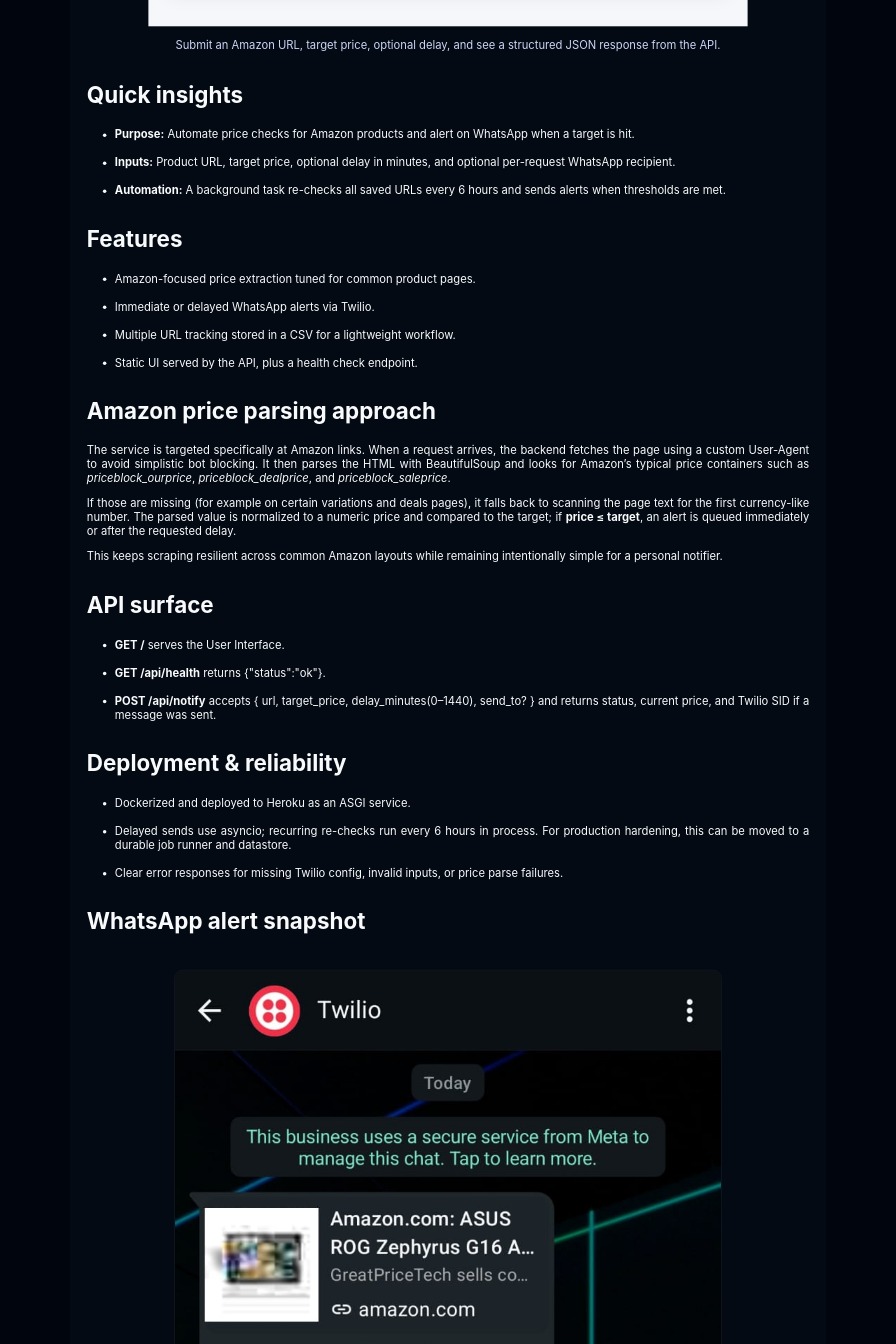
Repository: Abdulaziz-04/Abdulaziz-04.github.io
Page: deepdives/backend_systems/price_notifier/price_notifier.html
These files come from the project's save history. The page is drawn as it stood at one moment and after the next save; the edit follows.
The browser window is 1280 px wide. The pictures show the part of the page from y = 942 to 2862 px (the page is 4064 px tall), at 70% of full size.

Above is the page before, as saved 2025-11-21 15:31:57.

### deepdives/backend_systems/price_notifier/price_notifier.html
<!DOCTYPE html>
<html lang="en">
  <head>
    <meta charset="UTF-8" />
    <meta name="viewport" content="width=device-width, initial-scale=1" />
    <title>Price Notifier with WhatsApp Alerts</title>
    <link rel="stylesheet" href="../../../assets/css/styles.css" />
  </head>

  <body class="project-detail-page">
    <header class="detail-hero">
      <a class="category-back" href="../../../projects/backend_systems.html">
        ← Back to Projects
      </a>

      <p class="category-pill">Backend & Distributed Logic</p>
      <br />

      <h1>Price Notifier with WhatsApp Alerts</h1>

      <p class="detail-summary">
        <b>
          Lightweight FastAPI service that checks live Amazon prices on demand
          and every 6 hours, then sends WhatsApp alerts via Twilio when a target
          is reached. Simple browser UI, optional send delay, Docker deploy, and
          multi-URL tracking via CSV for personal use.
        </b>
      </p>

      <ul class="detail-meta">
        <li>
          <strong>Tech Stack:</strong> FastAPI, asyncio, BeautifulSoup, Twilio
          API, uvicorn, React, Docker, Heroku
        </li>
      </ul>
    </header>

    <main class="section detail-content">
      <!-- HERO IMAGE -->
      <section class="detail-section detail-hero-gif">
        <figure class="gallery-item gallery-item--wide">
          <img
            src="./images/intro.png"
            alt="Price notifier UI"
            style="display: block; margin: 0 auto; max-width: 90%; height: auto"
          />
          <figcaption style="text-align: center">
            Submit an Amazon URL, target price, optional delay, and see a
            structured JSON response from the API.
          </figcaption>
        </figure>
      </section>

      <!-- QUICK INSIGHTS -->
      <section class="detail-section">
        <h2>Quick insights</h2>
        <ul class="psr-list">
          <li>
            <strong>Purpose:</strong> Automate price checks for Amazon products
            and alert on WhatsApp when a target is hit.
          </li>
          <br />
          <li>
            <strong>Inputs:</strong> Product URL, target price, optional delay
            in minutes, and optional per-request WhatsApp recipient.
          </li>
          <br />
          <li>
            <strong>Automation:</strong> A background task re-checks all saved
            URLs every 6 hours and sends alerts when thresholds are met.
          </li>
        </ul>
      </section>

      <!-- FEATURES -->
      <section class="detail-section">
        <h2>Features</h2>
        <ul>
          <li>
            Amazon-focused price extraction tuned for common product pages.
          </li>
          <br />
          <li>Immediate or delayed WhatsApp alerts via Twilio.</li>
          <br />
          <li>
            Multiple URL tracking stored in a CSV for a lightweight workflow.
          </li>
          <br />
          <li>Static UI served by the API, plus a health check endpoint.</li>
        </ul>
      </section>

      <!-- AMAZON LOGIC -->
      <section class="detail-section">
        <h2>Amazon price parsing approach</h2>
        <p>
          The service is targeted specifically at Amazon links. When a request
          arrives, the backend fetches the page using a custom User-Agent to
          avoid simplistic bot blocking. It then parses the HTML with
          BeautifulSoup and looks for Amazon’s typical price containers such as
          <em>priceblock_ourprice</em>, <em>priceblock_dealprice</em>, and
          <em>priceblock_saleprice</em>.
        </p>
        <p>
          If those are missing (for example on certain variations and deals
          pages), it falls back to scanning the page text for the first
          currency-like number. The parsed value is normalized to a numeric
          price and compared to the target; if
          <strong>price ≤ target</strong>, an alert is queued immediately or
          after the requested delay.
        </p>
        <p>
          This keeps scraping resilient across common Amazon layouts while
          remaining intentionally simple for a personal notifier.
        </p>
      </section>

      <!-- API SURFACE -->
      <section class="detail-section">
        <h2>API surface</h2>
        <ul>
          <li><b>GET /</b> serves the User Interface.</li>
          <br />
          <li><b>GET /api/health</b> returns {"status":"ok"}.</li>
          <br />
          <li>
            <b>POST /api/notify</b> accepts { url, target_price,
            delay_minutes(0–1440), send_to? } and returns status, current price,
            and Twilio SID if a message was sent.
          </li>
        </ul>
      </section>

      <!-- DEPLOYMENT -->
      <section class="detail-section">
        <h2>Deployment & reliability</h2>
        <ul>
          <li>Dockerized and deployed to Heroku as an ASGI service.</li>
          <br />
          <li>
            Delayed sends use asyncio; recurring re-checks run every 6 hours in
            process. For production hardening, this can be moved to a durable
            job runner and datastore.
          </li>
          <br />
          <li>
            Clear error responses for missing Twilio config, invalid inputs, or
            price parse failures.
          </li>
        </ul>
      </section>

      <!-- GALLERY -->
      <section class="detail-section detail-gallery">
        <h2>WhatsApp alert snapshot</h2>
        <div class="gallery-row gallery-row--one">
          <figure class="gallery-item gallery-item--wide">
            <a href="/mnt/data/notify.jpg" target="_blank">
              <img
                src="/mnt/data/notify.jpg"
                alt="WhatsApp alert showcasing price trigger"
              />
            </a>
            <figcaption>
              Example alert sent when the Amazon price dropped below the target.
            </figcaption>
          </figure>
        </div>
      </section>
    </main>
  </body>
</html>

### assets/css/styles.css
:root {
  --bg: #030a13;
  --bg-alt: #050f1f;
  --panel: #071425;
  --panel-soft: rgba(34, 197, 94, 0.08);
  --accent: #22c55e;
  --accent-strong: #86efac;
  --text: #f8fafc;
  --muted: #cbd5f5;
  --border: rgba(255, 255, 255, 0.08);
  --radius: 18px;
  --shadow: 0 25px 70px rgba(1, 8, 4, 0.55);
}

* {
  box-sizing: border-box;
}

body {
  margin: 0;
  min-height: 100vh;
  font-family: "Inter", "Segoe UI", system-ui, -apple-system, BlinkMacSystemFont,
    sans-serif;
  color: var(--text);
  background: radial-gradient(circle at 15% 35%, rgba(34, 197, 94, 0.15), transparent 45%),
    radial-gradient(circle at 80% 0%, rgba(134, 239, 172, 0.2), transparent 35%),
    #020718;
  scroll-behavior: smooth;
  padding-top: 0;
}

.modal-open {
  overflow: hidden;
}

main {
  background: var(--bg);
}

.section {
  max-width: 1080px;
  margin: 0 auto;
  padding: 3.5rem 1.5rem;
}

.site-header {
  margin: 0;
  padding: clamp(4rem, 12vw, 6rem) clamp(1.5rem, 6vw, 4rem) 3.5rem;
  background: linear-gradient(135deg, rgba(5, 18, 12, 0.9), rgba(3, 10, 19, 0.85)),
    radial-gradient(circle at top left, rgba(34, 197, 94, 0.25), transparent 55%);
  box-shadow: inset 0 1px 0 rgba(255, 255, 255, 0.05);
  min-height: 85vh;
  display: flex;
  align-items: center;
}

.hero-header {
  margin-top: 0;
  padding-top: clamp(4.5rem, 12vw, 7rem);
}

.top-nav {
  position: fixed;
  top: 0;
  left: 0;
  width: 100%;
  padding: 0.75rem clamp(1.25rem, 6vw, 4rem);
  background: rgba(4, 9, 20, 0.95);
  border-bottom: 1px solid rgba(255, 255, 255, 0.05);
  backdrop-filter: blur(14px);
  display: flex;
  align-items: center;
  justify-content: space-between;
  gap: 1rem;
  z-index: 50;
}

.top-nav__brand {
  font-size: 0.85rem;
  letter-spacing: 0.3em;
  text-transform: uppercase;
  color: var(--muted);
}

.top-nav__links {
  display: flex;
  align-items: center;
  gap: 0.9rem;
  flex-wrap: wrap;
}

.nav-link {
  text-decoration: none;
  color: var(--muted);
  font-weight: 600;
  letter-spacing: 0.08em;
  text-transform: uppercase;
  padding: 0.4rem 0.85rem;
  border-radius: 999px;
  transition: color 0.2s ease, background 0.2s ease;
}

.nav-link:hover {
  color: var(--text);
}

.nav-link.active {
  background: var(--accent);
  color: #03140c;
}

.hire-btn {
  cursor: pointer;
  background: var(--accent);
  color: black;
  padding: 0.95rem 2.4rem;
  font-size: 1.1rem;
  font-weight: 700;
  border: none;
  border-radius: 999px;
  box-shadow: 0 12px 28px rgba(34, 197, 94, 0.35);
}

.hero-grid {
  display: grid;
  grid-template-columns: minmax(0, 1.4fr) minmax(220px, 320px);
  gap: clamp(2rem, 4vw, 3.5rem);
  width: 100%;
  align-items: start;
}

.hero-text h1 {
  font-size: clamp(2.5rem, 5vw, 3.8rem);
  margin: 0.2rem 0 0.8rem;
}

.hero-lede {
  color: var(--muted);
  font-size: 1.05rem;
  max-width: 560px;
  line-height: 1.6;
}

.eyebrow {
  text-transform: uppercase;
  color: var(--accent-strong);
}

.hero-summary {
  margin: 1.5rem 0 1.75rem;
  color: var(--muted);
}

.summary-list {
  font-size: large;
  margin: 0;
  padding-left: 1.5rem;
}

.summary-list li {
  margin-bottom: 0.55rem;
  line-height: 1.5;
}

.hero-actions {
  display: flex;
  flex-wrap: wrap;
  gap: 1rem;
  width: 100%;
}

.hero-actions .hire-btn {
  padding: 1.1rem 2.8rem;
  font-size: 1.2rem;
}

.btn {
  display: inline-flex;
  align-items: center;
  justify-content: center;
  gap: 0.4rem;
  padding: 0.75rem 1.6rem;
  border-radius: 999px;
  text-decoration: none;
  font-weight: 600;
  transition: transform 0.2s ease, box-shadow 0.2s ease;
}

.btn.primary {
  background: linear-gradient(120deg, var(--accent), var(--accent-strong));
  color: #020714;
  box-shadow: var(--shadow);
}

.btn.secondary {
  border: 1px solid var(--accent);
  color: var(--accent-strong);
}

.btn:hover {
  transform: translateY(-2px);
}

.hero-photo {
  justify-self: center;
}

.hero-photo img {
  width: clamp(220px, 18vw, 280px);
  border-radius: 28px;
  border: 1px solid rgba(134, 239, 172, 0.2);
  box-shadow: 0 20px 60px rgba(0, 0, 0, 0.6);
  filter: saturate(1.05);
}

.section h2 {
  margin-top: 0;
  font-size: 2rem;
}

.experience-grid {
  display: grid;
  grid-template-columns: repeat(auto-fit, minmax(300px, 1fr));
  gap: 1.75rem;
}

.experience-title {
  display: flex;
  justify-content: space-between;
  align-items: center;
  gap: 1rem;
  font-size: 1.2rem;
}

.experience-title .role {
  color: var(--text); /* default text color */
  font-weight: 600;
}

.experience-title .org {
  color:#6DF9C9;
  white-space: nowrap;
}

.experience-card,
.project-card {
  background: linear-gradient(145deg, var(--panel), rgba(6, 14, 18, 0.9));
  border-radius: var(--radius);
  border: 1px solid var(--border);
  padding: 1.75rem;
  box-shadow: var(--shadow);
}

.timeline {
  border-left: 2px solid var(--border);
  margin-top: 1.25rem;
}

.timeline-item {
  padding-left: 1.75rem;
  margin-bottom: 1.75rem;
  position: relative;
}

.timeline-header {
  display: flex;
  justify-content: space-between;
  align-items: baseline;
  gap: 1rem;
}

.timeline-header h3 {
  margin: 0;
}

.education-title {
  display: flex;
  justify-content: space-between;
  gap: 0.75rem;
  align-items: baseline;
  flex-wrap: wrap;
}

.edu-gpa {
  color: var(--accent-strong);
  white-space: nowrap;
  font-size: 0.95rem;
}





.hire-modal {
  position: fixed;
  inset: 0;
  background: rgba(5, 9, 18, 0.8);
  display: flex;
  justify-content: center;
  align-items: center;
  z-index: 100;
}

.hire-modal[hidden] {
  display: none;
}

.hire-modal__panel {
  background: #050b16;
  border: 1px solid rgba(255, 255, 255, 0.08);
  border-radius: 22px;
  padding: 1.75rem;
  width: min(90%, 420px);
  box-shadow: 0 30px 80px rgba(0, 0, 0, 0.55);
  position: relative;
  color: var(--text);
}

.hire-modal__panel p {
  color: var(--muted);
}

.hire-modal__close {
  position: absolute;
  top: 0.5rem;
  right: 0.75rem;
  background: var(--accent);
  color: #02120b;
  border: none;
  font-size: 1.35rem;
  font-weight: 700;
  cursor: pointer;
  width: 2.25rem;
  height: 2.25rem;
  border-radius: 999px;
  display: inline-flex;
  align-items: center;
  justify-content: center;
  line-height: 1;
}

.hire-options {
  display: flex;
  flex-direction: column;
  gap: 0.75rem;
  margin-top: 1rem;
}

.hire-option {
  display: flex;
  justify-content: space-between;
  align-items: center;
  padding: 0.85rem 1rem;
  border-radius: 1rem;
  text-decoration: none;
  color: var(--text);
  border: 1px solid rgba(255, 255, 255, 0.08);
  background: rgba(255, 255, 255, 0.02);
  transition: background 0.2s ease, transform 0.2s ease;
}

.hire-option:hover {
  background: rgba(34, 197, 94, 0.18);
  transform: translateY(-2px);
}

.hire-option small {
  color: var(--muted);
  letter-spacing: 0.04em;
}

.hire-modal__action {
  margin-top: 1.5rem;
  width: 100%;
  text-align: center;
}

.timeline-item::before {
  content: "";
  width: 11px;
  height: 11px;
  border-radius: 999px;
  background: var(--accent);
  box-shadow: 0 0 16px rgba(34, 197, 94, 0.8);
  position: absolute;
  left: -6px;
  top: 4px;
}

.timeline-date {
  font-size: 0.85rem;
  letter-spacing: 0.1em;
  text-transform: uppercase;
  color: var(--muted);
}

.course-dropdown {
  margin-top: 1.5rem;
}

.course-toggle {
  width: 100%;
  background: transparent;
  border: 1px solid rgba(255, 255, 255, 0.08);
  border-radius: var(--radius);
  padding: 0.75rem 1.1rem;
  color: var(--text);
  font: inherit;
  font-weight: 600;
  letter-spacing: 0.04em;
  display: flex;
  justify-content: space-between;
  align-items: center;
  cursor: pointer;
  transition: border-color 0.2s ease, transform 0.2s ease, box-shadow 0.2s ease;
}

.course-toggle:hover {
  border-color: rgba(134, 239, 172, 0.7);
  box-shadow: 0 0 20px rgba(34, 197, 94, 0.25);
  transform: translateY(-1px);
}

.course-toggle__icon {
  font-size: 1.1rem;
  line-height: 1;
  transition: transform 0.25s ease;
}

.course-toggle[aria-expanded='true'] .course-toggle__icon {
  transform: rotate(45deg);
}

.course-panel {
  margin-top: 1rem;
  border-left: 2px solid rgba(134, 239, 172, 0.3);
  padding-left: 1.25rem;
}

.course-panel[hidden] {
  display: none;
}

.course-panel__body h4 {
  margin-top: 1rem;
  margin-bottom: 0.5rem;
}

.certifications-list {
  display: grid;
  gap: 1rem;
  margin-top: 1rem;
}

#certifications {
  scroll-margin-top: 140px;
}

.cert-list {
  list-style: none;
  padding: 0;
  margin: 0;
  display: flex;
  flex-direction: column;
  gap: 0.75rem;
}

.cert-title {
  font-weight: 700;
}

.cert-meta {
  font-size: 0.95rem;
  color: var(--muted);
}

.loading-text,
.loading-error {
  color: var(--muted);
  font-style: italic;
}

.loading-error {
  color: #fda4af;
}

.project-card--featured {
  display: flex;
  flex-wrap: wrap;
  gap: 1.5rem;
}

.project-media img {
  max-width: 280px;
  border-radius: var(--radius);
  border: 1px solid rgba(34, 197, 94, 0.3);
}

.project-grid {
  display: grid;
  grid-template-columns: repeat(auto-fit, minmax(240px, 1fr));
  gap: 1.25rem;
  margin-top: 1rem;
}

.projects-overview .projects-lede {
  color: var(--muted);
  max-width: 760px;
  margin-bottom: 2rem;
}

.project-category-grid {
  display: grid;
  grid-template-columns: repeat(auto-fit, minmax(260px, 1fr));
  gap: 1.5rem;
  margin-top: 2rem;
}

.project-category-card {
  border: 1px solid var(--border);
  border-radius: var(--radius);
  padding: 1.75rem;
  background: rgba(7, 19, 33, 0.85);
  display: flex;
  flex-direction: column;
  gap: 0.75rem;
  box-shadow: 0 15px 40px rgba(0, 0, 0, 0.35);
  min-height: 260px;
}

.category-pill {
  text-transform: uppercase;
  letter-spacing: 0.08em;
  font-size: 0.78rem;
  color: var(--accent-strong);
  margin: 0;
  display: block;
  min-height: 2.2em;
  text-decoration: none;
  cursor: pointer;
}

.project-category-card h3 {
  margin: 0;
  line-height: 1.35;
  min-height: 3.2em;
}

.project-category-card > p:not(.category-pill) {
  margin: 0;
  line-height: 1.5;
  min-height: 4.4em;
}

.category-link {
  align-self: flex-start;
  margin-top: auto;
}

.category-page {
  background: #01050d;
  color: var(--text);
  min-height: 100vh;
  margin: 0;
}

.category-hero {
  max-width: 900px;
  margin: 0 auto;
  padding: 4rem 1.5rem 2rem;
  text-align: left;
}

.category-hero h1 {
  margin-top: 0.5rem;
}

.category-back {
  text-decoration: none;
  color: var(--accent-strong);
  font-weight: 600;
}

.category-section {
  padding-top: 0;
}

.category-description {
  color: var(--muted);
  max-width: 720px;
}

.project-modal-grid {
  display: grid;
  grid-template-columns: repeat(auto-fit, minmax(280px, 1fr));
  gap: 1.5rem;
  margin-top: 1.5rem;
  align-items: stretch;
  grid-auto-rows: 1fr;
}

.project-modal-card {
  border: 1px solid rgba(255, 255, 255, 0.08);
  border-radius: 20px;
  padding: 1.25rem;
  background: rgba(5, 13, 25, 0.95);
  display: flex;
  flex-direction: column;
  gap: 1rem;
  box-shadow: 0 20px 50px rgba(0, 0, 0, 0.45);
  height: 100%;
}

.project-modal__body {
  display: grid;
  grid-template-rows: auto 1fr auto auto;
  gap: 0.6rem;
  height: 100%;
}

.project-modal-card h3 {
  margin: 0;
  min-height: 2.6rem;
  display: flex;
  align-items: flex-end;
}

.project-modal__body h3,
.project-modal__body p {
  margin: 0;
}

.project-modal__summary {
  color: var(--muted);
  line-height: 1.5;
  min-height: 0;
}

.project-modal__tech {
  font-size: 0.95rem;
  color: var(--accent-strong);
  min-height: 2.4rem;
  line-height: 1.5;
}

.project-modal__tech strong,
.project-modal__tech b {
  display: block;
}

.project-modal__actions {
  display: flex;
  gap: 0.75rem;
  flex-wrap: wrap;
  margin-top: auto;
  padding-top: 0.75rem;
}

.category-footer {
  text-align: center;
  color: var(--muted);
  padding: 2rem 1rem 3rem;
}

.project-detail-page {
  background: #01050d;
  color: var(--text);
  margin: 0;
}

.detail-hero {
  max-width: 960px;
  margin: 0 auto;
  padding: 4rem 1.5rem 2rem;
}

.detail-summary {
  color: var(--muted);
  font-size: 1.1rem;
}

.detail-meta {
  list-style: none;
  padding: 0;
  margin: 1.5rem 0 0;
  display: flex;
  flex-wrap: wrap;
  gap: 1rem 2rem;
  color: var(--accent-strong);
}

.detail-content {
  padding-top: 0;
}

.home-page p,
.home-page li,
.home-page .course-panel__body {
  text-align: justify;
}

.home-page .projects-overview p,
.home-page .project-category-card p {
  text-align: left;
}

.project-detail-page p,
.project-detail-page li {
  text-align: justify;
}

.detail-section {
  margin-bottom: 2.5rem;
}

.detail-gallery {
  display: flex;
  flex-direction: column;
  gap: 1.5rem;
}

.detail-gallery .gallery-row {
  display: flex;
  flex-direction: column;
  gap: 1.75rem;
  align-items: center;
}

.detail-gallery .gallery-row--two {
  width: 100%;
  display: grid;
  grid-template-columns: repeat(auto-fit, minmax(280px, 1fr));
  gap: 1.25rem;
  align-items: start;
}

.detail-gallery .gallery-item {
  flex: 0 0 auto;
  max-width: 880px;
  margin: 0 auto;
  text-align: center;
}

.detail-gallery .gallery-item figcaption {
  text-align: center;
}

.detail-gallery .gallery-item img {
  display: block;
  width: 100%;
  height: auto;
  border-radius: 12px;
  border: 1px solid rgba(255, 255, 255, 0.08);
  margin: 0 auto;
  transform: none;
}

.detail-video {
  display: block;
  width: 100%;
  max-width: 720px;
  height: auto;
  margin: 0 auto;
  border-radius: 12px;
  border: 1px solid rgba(255, 255, 255, 0.08);
  background: #000;
}

.detail-gallery__grid {
  display: grid;
  grid-template-columns: repeat(auto-fit, minmax(240px, 1fr));
  gap: 1.25rem;
}

.detail-gallery__grid img {
  width: 100%;
  border-radius: 14px;
  border: 1px solid rgba(255, 255, 255, 0.08);
}

.detail-snippet pre {
  background: #020714;
  padding: 1.25rem;
  border-radius: 16px;
  border: 1px solid rgba(255, 255, 255, 0.08);
  overflow-x: auto;
}

.code-emphasis {
  font-size: 1.4em;
}

.skills-list {
  display: flex;
  flex-wrap: wrap;
  gap: 0.65rem;
}

.skill-pill {
  --pill-bg: rgba(148, 163, 184, 0.15);
  --pill-color: #f8fafc;
  --pill-icon: rgba(255, 255, 255, 0.85);
  display: inline-flex;
  align-items: center;
  gap: 0.4rem;
  padding: 0.45rem 0.9rem;
  border-radius: 0.85rem;
  background: var(--pill-bg);
  color: var(--pill-color);
  font-size: 0.78rem;
  font-weight: 700;
  letter-spacing: 0.05em;
  text-transform: uppercase;
  border: 1px solid rgba(255, 255, 255, 0.06);
  box-shadow: 0 6px 14px rgba(0, 0, 0, 0.25);
}

.skill-pill i {
  font-size: 1rem;
  color: var(--pill-icon);
}

.site-footer {
  text-align: center;
  display: flex;
  justify-content: center;
  padding: 2.5rem 1rem 3rem;
  color: var(--muted);
  border-top: 1px solid var(--border);
  background: linear-gradient(180deg, rgba(5, 9, 18, 0.98), rgba(2, 7, 24, 0.95));
  margin-top: 0;
  box-shadow: 0 -18px 45px rgba(0, 0, 0, 0.45);
}

.site-footer p {
  margin: 0;
}

@media (max-width: 1024px) {
  .hero-grid {
    grid-template-columns: 1fr;
    text-align: center;
  }

  .hero-photo {
    order: -1;
  }

  .top-nav {
    flex-direction: column;
    align-items: flex-start;
    gap: 0.5rem;
  }

  .top-nav__links {
    width: 100%;
    justify-content: flex-start;
    gap: 0.5rem;
  }

  .hire-btn {
    width: 100%;
    text-align: center;
  }
}

@media (max-width: 640px) {
  .hero-header {
    padding-top: 9rem;
  }

  .experience-title {
    flex-direction: column;
    align-items: flex-start;
    gap: 0.35rem;
    font-size: 1.05rem;
  }

  .experience-title .org {
    white-space: normal;
    width: 100%;
  }
}


/* Medium size for first GIF */
.gallery-item--medium {
  text-align: center;
}

.gallery-item--medium img {
  max-width: 720px;
  width: 100%;
  height: auto;
  display: block;
  margin: 0 auto;
}

.gallery-item figcaption {
  margin-top: 0.95rem;
  color: var(--muted);
  line-height: 1.5;
}

.hero-screens {
  display: flex;
  flex-wrap: wrap;
  justify-content: center;
  align-items: flex-start;
  gap: 1.25rem;
}

.hero-screens .gallery-item {
  max-width: 220px;
  width: 100%;
  display: flex;
  flex-direction: column;
  align-items: center;
}

.hero-screens .gallery-item img {
  width: 100%;
  height: 420px;
  display: block;
  margin: 0 auto;
  object-fit: contain;
}

.hero-screens .gallery-item figcaption {
  text-align: center;
  margin-top: 0.75rem;
}


a {
  color: #b6f5c9;
}

a:hover {
  color: #8ef0af;
}

After the next save:
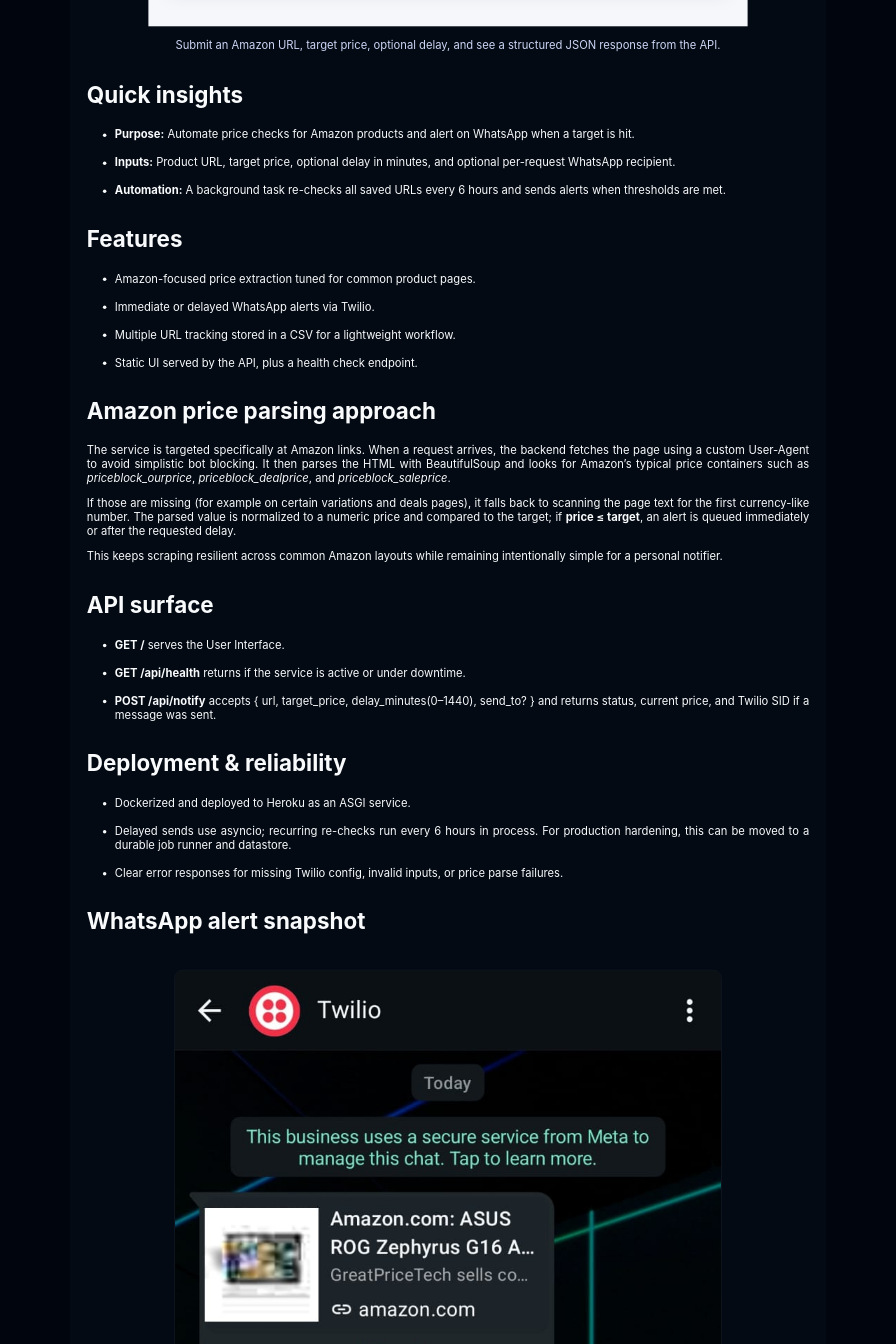
Saved 24 s later.
--- a/deepdives/backend_systems/price_notifier/price_notifier.html
+++ b/deepdives/backend_systems/price_notifier/price_notifier.html
@@ -121,7 +121,10 @@
         <ul>
           <li><b>GET /</b> serves the User Interface.</li>
           <br />
-          <li><b>GET /api/health</b> returns {"status":"ok"}.</li>
+          <li>
+            <b>GET /api/health</b> returns if the service is active or under
+            downtime.
+          </li>
           <br />
           <li>
             <b>POST /api/notify</b> accepts { url, target_price,
